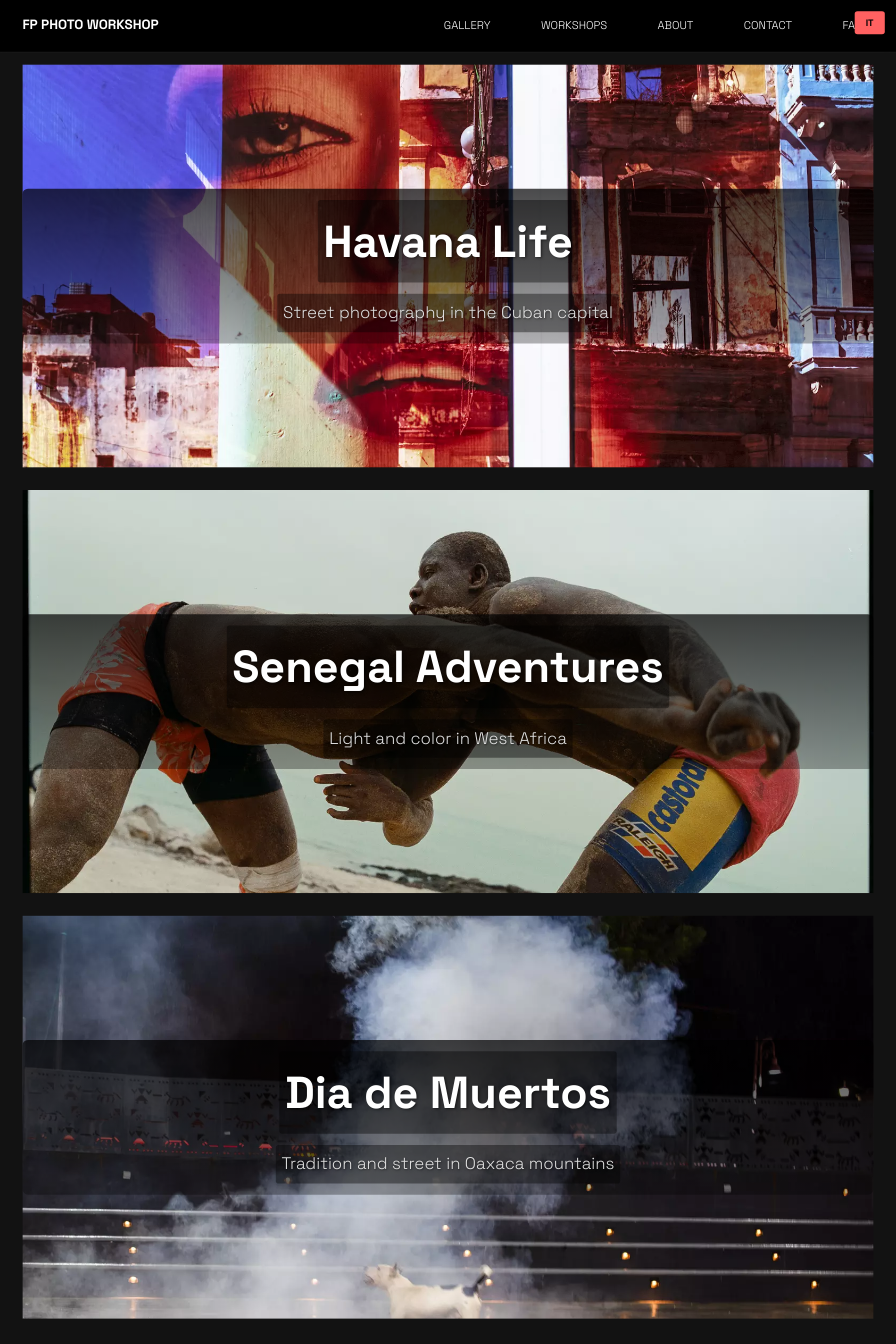
Repository: philipkdpavkia/photo-auto
Page: index.html
The author's editor kept a copy of each file at every save. The page is drawn from the files as they stood at one save, then again after the next save.
The browser window is 1280 px wide. The pictures show the part of the page from y = 0 to 1920 px (the page is 4572 px tall), at 70% of full size.

Above is the page before, as saved 2024-11-21 18:48:08.
Console error: SyntaxError: Identifier 'currentLang' has already been declared

After the next save:
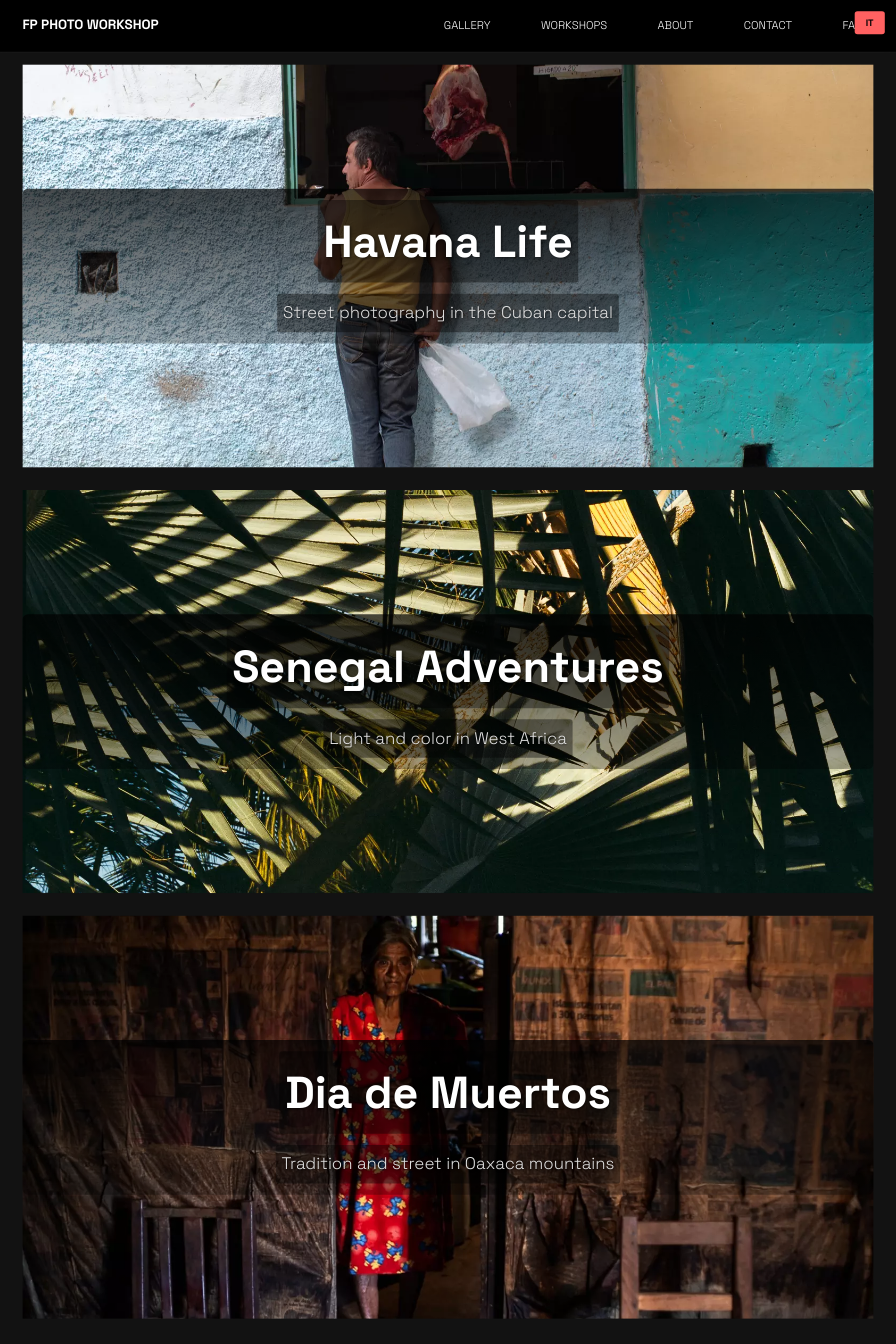
Saved 5 h 22 min later.
--- a/index.html
+++ b/index.html
@@ -5,9 +5,7 @@
   <meta content="width=device-width, initial-scale=1.0" name="viewport"/>
   <!-- Primary Meta Tags -->
   <title>
-
    Photography Workshops in Cuba, Senegal &amp; Mexico | Street &amp; Travel Photography
-
   </title>
   <meta content="Photography Workshops in Cuba, Senegal &amp; Mexico | Street &amp; Travel Photography" name="title"/>
   <meta content="Join immersive photography workshops in Havana, Senegal &amp; Day of the Dead Mexico. Small groups, hands-on street photography, unique locations. Lead by Francesco Pavia." name="description"/>
@@ -21,6 +19,8 @@
   <link href="/css/style.css" media="screen" rel="stylesheet"/>
   <link as="font" crossorigin="" href="/fonts/SpaceGrotesk-Bold.woff2" rel="preload"/>
   <link as="font" crossorigin="" href="/fonts/SpaceGrotesk-Light.woff2" rel="preload"/>
+  <link rel="icon" href="images/fpw-favicon.svg" type="image/x-icon">
+  <link rel="shortcut icon" href="images/fpw-favicon.svg" type="image/x-icon">
  </head>
  <body>
   <header class="header">
@@ -62,7 +62,7 @@
    <!-- Hero Section -->
    <section class="hero">
     <a class="workshop-link" href="/workshop/cuba.html">
-     <img alt="Street Photography in Havana - Documentary workshop in Cuba" src="/images/cuba/cub-3.webp"/>
+     <img alt="Street Photography in Havana - Documentary workshop in Cuba" src="/images/cuba/cub-2.webp"/>
      <div class="workshop-text">
       <h2>
        Life in Havana
@@ -73,7 +73,7 @@
      </div>
     </a>
     <a class="workshop-link" href="/workshop/senegal.html">
-     <img alt="Photography Workshop in Senegal - Documentary and culture" src="/images/senegal/sen-12.webp"/>
+     <img alt="Photography Workshop in Senegal - Documentary and culture" src="/images/senegal/sen-13.webp"/>
      <div class="workshop-text">
       <h2>
        Senegal Adventures
@@ -84,7 +84,7 @@
      </div>
     </a>
     <a class="workshop-link" href="/workshop/mexico.html">
-     <img alt="Day of the Dead Photography Workshop - Mexican traditions" src="/images/mexico/mex-7.webp"/>
+     <img alt="Day of the Dead Photography Workshop - Mexican traditions" src="/images/mexico/mex-19.webp"/>
      <div class="workshop-text">
       <h2>
        Dia de Muertos
@@ -108,13 +108,13 @@
     </div>
     <div class="gallery">
      <div class="gallery-item">
-      <img alt="Gallery Image - blog-74.webp" src="/images/blog-74.webp"/>
+      <img alt="Gallery Image - blog-118.webp" src="/images/blog-118.webp"/>
      </div>
      <div class="gallery-item">
-      <img alt="Gallery Image - blog-104.webp" src="/images/blog-104.webp"/>
+      <img alt="Gallery Image - blog-81.webp" src="/images/blog-81.webp"/>
      </div>
      <div class="gallery-item">
-      <img alt="Gallery Image - blog-122.webp" src="/images/blog-122.webp"/>
+      <img alt="Gallery Image - blog-108.webp" src="/images/blog-108.webp"/>
      </div>
     </div>
    </section>
@@ -196,16 +196,15 @@
      </div>
      <div class="contact-section">
       <h3>
-      Instagram
+       Instagram
       </h3>
       <p>
        Instagram
       </p>
       <a class="instagram-link" href="https://instagram.com/fpphotoworkshop" rel="noopener" target="_blank">
-        <i class="fab fa-instagram">
-        </i>
-       </a>
-
+       <i class="fab fa-instagram">
+       </i>
+      </a>
      </div>
     </div>
    </section>
